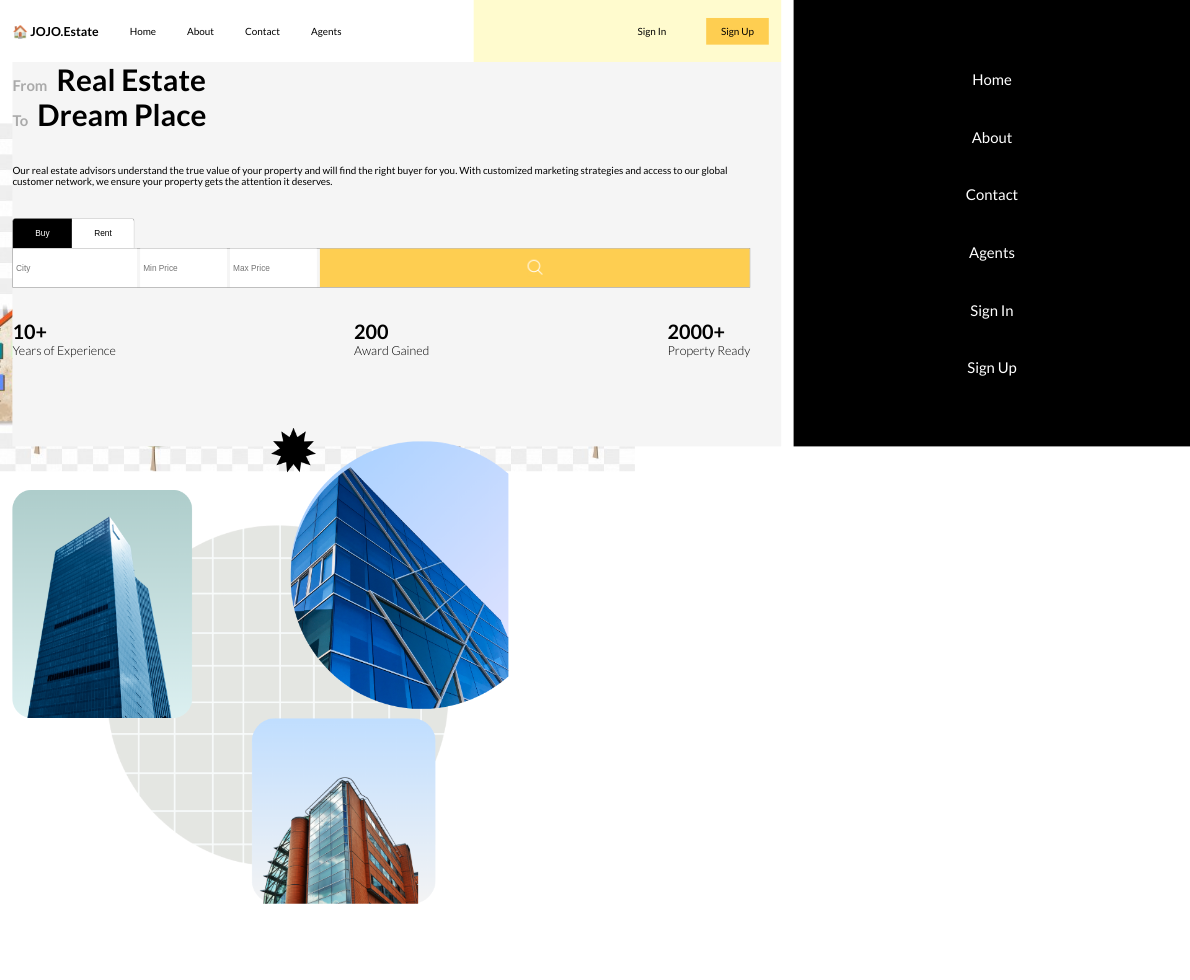
Repository: AiTrinh303/JOJO-estate
Page: /
These files come from the project's save history. The page is drawn as it stood at one moment and after the next save; the edit follows.
The browser window is 1280 px wide. The page is 1920 px wide, so the pictures cover 1920 px, including what lies to the right of the window. The pictures show the whole page, at 62% of full size.
The page's requests for data from a server got no answer. The project was rebuilt for these pictures with package versions that can differ from the ones it lists, and the page was loaded fresh each time. No one was signed in, and anything a server would have sent is missing. Also part of the build but not shown: vite.config.js, src/routes/listPage/listPage.scss, src/components/filter/filter.scss, src/components/filter/Filter.jsx, src/components/card/card.scss, src/components/card/Card.jsx, src/components/map/map.scss, src/components/pin/pin.scss and 21 more. Imported but missing from the stored project, and not drawn on this page: src/components/uploadWidget/UploadWidget.

Above is the page before, as saved 2024-08-06 21:35:43.

### index.html
<!DOCTYPE html>
<html lang="en">
  <head>
    <meta charset="UTF-8" />
    <link rel="icon" type="image/svg+xml" href="/logo.png" />
    <meta name="viewport" content="width=device-width, initial-scale=1.0" />
    <title>🏠JOJO Estate App</title>
    <meta name="description" content="Buy, Sell and Rent Properties" />
    <link
      href="https://fonts.googleapis.com/css2?family=Lato:ital,wght@0,100;0,300;0,400;0,700;0,900;1,100;1,300;1,400;1,700;1,900&display=swap"
      rel="stylesheet"
    />
  </head>
  <body>
    <div id="root"></div>
    <script type="module" src="/src/main.jsx"></script>
  </body>
</html>

### src/App.jsx
import HomePage from "./routes/homePage/homePage";
import { createBrowserRouter, RouterProvider } from "react-router-dom";
import ListPage from "./routes/listPage/listPage";
import { Layout, RequireAuth } from "./routes/layout/layout";
import SinglePage from "./routes/singlePage/singlePage";
import ProfilePage from "./routes/profilePage/profilePage";
import Login from "./routes/login/login";
import Register from "./routes/register/register";
import ProfileUpdatePage from "./routes/profileUpdatePage/profileUpdatePage";
import NewPostPage from "./routes/newPostPage/newPostPage";
import { listPageLoader, profilePageLoader, singlePageLoader } from "./lib/loaders";

function App() {
  const router = createBrowserRouter([
    {
      path: "/",
      element: <Layout />,
      children: [
        {
          path: "/",
          element: <HomePage />,
        },
        {
          path: "/list",
          element: <ListPage />,
          loader: listPageLoader,
        },
        {
          path: "/:id",
          element: <SinglePage />,
          loader: singlePageLoader,
        },
        {
          path: "/login",
          element: <Login />,
        },
        {
          path: "/register",
          element: <Register />,
        },
      ],
    },
    {
      path: "/",
      element: <RequireAuth />,
      children: [
        {
          path: "/profile",
          element: <ProfilePage />,
          loader: profilePageLoader
        },
        {
          path: "/profile/update",
          element: <ProfileUpdatePage />,
        },
        {
          path: "/add",
          element: <NewPostPage />,
        },
      ],
    },
  ]);

  return <RouterProvider router={router} />;
}

export default App;

### src/routes/homePage/homePage.jsx
import { useContext } from "react";
import SearchBar from "../../components/searchBar/SearchBar";
import "./homePage.scss";
import { AuthContext } from "../../context/AuthContext";

function HomePage() {

  const {currentUser} = useContext(AuthContext)

  return (
    <div className="homePage">
      <div className="textContainer">
        <div className="wrapper">
          <h1 className="title">
            <span className="small-text">From </span>
            <span className="animated-text">Real Estate</span>
            <br />
            <span className="small-text">To </span>
            <span className="animated-text">Dream Place</span>
          </h1>
          <p>
          Our real estate advisors understand the true value of your property and will find the right buyer for you. With customized marketing strategies and access to our global customer network, we ensure your property gets the attention it deserves.
          </p>
          <SearchBar />
          <div className="boxes">
            <div className="box">
              <h1>10+</h1>
              <h2>Years of Experience</h2>
            </div>
            <div className="box">
              <h1>200</h1>
              <h2>Award Gained</h2>
            </div>
            <div className="box">
              <h1>2000+</h1>
              <h2>Property Ready</h2>
            </div>
          </div>
        </div>
      </div>
      <div className="imgContainer">
        <img src="/bg.png" alt="" />
      </div>
      <div className="imgBottom">
        <img src="/bg1.jpg" alt="" />
      </div>
    </div>
  );
}

export default HomePage;

### src/routes/layout/layout.jsx
import "./layout.scss";
import Navbar from "../../components/navbar/Navbar";
import { Navigate, Outlet } from "react-router-dom";
import { useContext } from "react";
import { AuthContext } from "../../context/AuthContext";

function Layout() {
  return (
    <div className="layout">
      <div className="navbar">
        <Navbar />
      </div>
      <div className="content">
        <Outlet />
      </div>
    </div>
  );
}

function RequireAuth() {
  const { currentUser } = useContext(AuthContext);

  if (!currentUser) return <Navigate to="/login" />;
  else {
    return (
      <div className="layout">
        <div className="navbar">
          <Navbar />
        </div>
        <div className="content">
          <Outlet />
        </div>
      </div>
    );
  }
}

export { Layout, RequireAuth };

### src/components/searchBar/SearchBar.jsx
import { useState } from "react";
import "./searchBar.scss";
import { Link } from "react-router-dom";

const types = ["buy", "rent"];

function SearchBar() {
  const [query, setQuery] = useState({
    type: "buy",
    city: "",
    minPrice: 0,
    maxPrice: 0,
  });

  const switchType = (val) => {
    setQuery((prev) => ({ ...prev, type: val }));
  };

  const handleChange = (e) => {
    setQuery((prev) => ({ ...prev, [e.target.name]: e.target.value }));
  };

  return (
    <div className="searchBar">
      <div className="type">
        {types.map((type) => (
          <button
            key={type}
            onClick={() => switchType(type)}
            className={query.type === type ? "active" : ""}
          >
            {type}
          </button>
        ))}
      </div>
      <form>
        <input
          type="text"
          name="city"
          placeholder="City"
          onChange={handleChange}
        />
        <input
          type="number"
          name="minPrice"
          min={0}
          max={10000000}
          placeholder="Min Price"
          onChange={handleChange}
        />
        <input
          type="number"
          name="maxPrice"
          min={0}
          max={10000000}
          placeholder="Max Price"
          onChange={handleChange}
        />
        <Link
          to={`/list?type=${query.type}&city=${query.city}&minPrice=${query.minPrice}&maxPrice=${query.maxPrice}`}
        >
          <button>
            <img src="/search.png" alt="" />
          </button>
        </Link>
      </form>
    </div>
  );
}

export default SearchBar;

### src/routes/homePage/homePage.scss
@import "../../responsive.scss";

.homePage {
  // display: flex;
  height: 100%;
  background-color: #f5f5f5;

  .textContainer {
    // flex: 3;

    .wrapper {
      padding-right: 100px;
      display: flex;
      flex-direction: column;
      justify-content: center;
      gap: 50px;
      height: 100%;

      @include lg{
        padding-right: 50px;
      }

      @include md{
        padding: 0;
      }

      @include sm{
        justify-content: flex-start;
      }

      .title {
        font-size: 64px;
        .small-text {
          font-size: 0.5em;
          color: #aaa;
          margin-right: 10px;
        }
        .animated-text {
          display: inline-block;
          position: relative;
          animation: slide-in 2s ease-in-out;
        }
        @include lg {
          font-size: 48px;
        }
      }

      .boxes {
        display: flex;
        justify-content: space-between;

        @include sm {
          display: none;
        }

        h1 {
          font-size: 36px;


          @include lg {
            font-size: 32px;
          }
        }

        h2 {
          font-size: 20px;
          font-weight: 300;
        }
      }
    }
  }

  // .imgContainer {
  //   flex: 2;
  //   background-color: #fffbce;
  //   position: relative;
  //   display: flex;
  //   align-items: center;


  //   @include md {
  //     display: none;
  //   }

  //   img {
  //     width: 115%;
  //     position: absolute;
  //     right: -45px;


  //     @include lg {
  //       width: 105%;
  //     }
  //   }
  // }

  .imgBottom {
    position: absolute;
    bottom: -40px;
    left: 0;
    width: 80%;
    z-index: -1;
    display: flex;
    justify-content: center;
    align-items: center;

    img {
      width: 100%;
      height: auto;
    }
  }
}
@keyframes slide-in {
  0% {
    opacity: 0;
    transform: translateX(-100%);
  }
  100% {
    opacity: 1;
    transform: translateX(0);
  }
}

### src/components/navbar/Navbar.jsx
import { useContext, useState } from "react";
import "./navbar.scss";
import { Link } from "react-router-dom";
import { AuthContext } from "../../context/AuthContext";
import { useNotificationStore } from "../../lib/notificationStore";

function Navbar() {
  const [open, setOpen] = useState(false);

  const { currentUser } = useContext(AuthContext);

  const fetch = useNotificationStore((state) => state.fetch);
  const number = useNotificationStore((state) => state.number);

  if(currentUser) fetch();

  return (
    <nav>
      <div className="left">
        <a href="/" className="logo">
          <span>🏠 JOJO.Estate</span>
        </a>
        <a href="/">Home</a>
        <a href="/">About</a>
        <a href="/">Contact</a>
        <a href="/">Agents</a>
      </div>

      <div className="right">
        <a href="/">Sign In</a>
        <a href="/" className="register">Sign Up</a>
        <div className="menuIcon">
          <img
            src="/menu.png"
            alt="menu"
            onClick={() => setOpen((prev) => !prev)}/>
        </div>
        <div className={open ? "menu active" : "menu"}>
          <a href="/">Home</a>
          <a href="/">About</a>
          <a href="/">Contact</a>
          <a href="/">Agents</a>
          <a href="/">Sign In</a>
          <a href="/">Sign Up</a>
        </div>
        {/* {currentUser ? (
          <div className="user">
            <img src={currentUser.avatar || "/noavatar.jpg"} alt="" />
            <span>{currentUser.username}</span>
            <Link to="/profile" className="profile">
              {number > 0 && <div className="notification">{number}</div>}
              <span>Profile</span>
            </Link>
          </div>
        ) : (
          <>
            <a href="/login">Sign in</a>
            <a href="/register" className="register">
              Sign up
            </a>
          </>
        )}
        <div className="menuIcon">
          <img
            src="/menu.png"
            alt=""
            onClick={() => setOpen((prev) => !prev)}
          />
        </div>
        <div className={open ? "menu active" : "menu"}>
          <a href="/">Home</a>
          <a href="/">About</a>
          <a href="/">Contact</a>
          <a href="/">Agents</a>
          <a href="/">Sign in</a>
          <a href="/">Sign up</a>
        </div> */}
      </div>
    </nav>
  );
}

export default Navbar;

### src/components/searchBar/searchBar.scss
@import "../../responsive.scss";

.searchBar {
  .type {


    button {
      padding: 16px 36px;
      border: 1px solid #999;
      border-bottom: none;
      cursor: pointer;
      background-color: white;
      text-transform: capitalize;

      &.active {
        background-color: black;
        color: white;
      };

      &:first-child {
        border-top-left-radius: 5px;
        border-right: none;
      };
      &:last-child {
        border-top-right-radius: 5px;
        border-left: none;
      };
    }
  }

  form {
    border: 1px solid #999;
    display: flex;
    justify-content: space-between;
    height: 64px;
    gap: 5px;

    @include sm {
      flex-direction: column;
      border: none;
    };

    input {
      border: none;
      padding: 0px 10px;
      width: 200px;

      @include lg {
        padding: 0px 5px;

        &:nth-child(2),
        &:nth-child(3) {
          width: 140px;
        }
      };
      @include md {
        width: 200px;
        &:nth-child(2),
        &:nth-child(3) {
          width: 200px;
        }
      };

      @include sm{
        width: auto;
        &:nth-child(2),
        &:nth-child(3) {
          width: auto;
        }
        padding: 20px;
        border: 1px solid #999;
      }
    };

    a{
      flex: 1;
      background-color: #fece51;
      display: flex;
      align-items: center;
      justify-content: center;

      button {
        border: none;
        cursor: pointer;
        background-color: #fece51;

        @include sm{
          padding: 10px;
        }

        img {
          width: 24px;
          height: 24px;
        }
      }
    }
  }
}

### src/responsive.scss
@mixin sm {
  @media (max-width: 738px) {
    @content;
  }
};

@mixin md {
  @media (max-width: 1024px) {
    @content;
  }
};

@mixin lg {
  @media (max-width: 1366px) {
    @content;
  }
};

### src/components/navbar/navbar.scss
@import "../../responsive.scss";

nav {
  height: 100px;
  display: flex;
  justify-content: space-between;
  align-items: center;

  a {
    transition: all 0.4s ease;

    @include sm {
      display: none;
    }

    &:hover {
      scale: 1.08;
    }
  }

  .left {
    flex: 3;
    display: flex;
    align-items: center;
    gap: 50px;

    .logo {
      font-weight: bold;
      font-size: 20px;
      display: flex;
      align-items: center;
      gap: 3px;

      span {
        @include md {
          display: none;
        }

        @include sm {
          display: initial;
        }
      }
    }
  }
  .right {
    flex: 2;
    display: flex;
    align-items: center;
    justify-content: flex-end;
    background-color: #fffbce;
    ;
    height: 100%;

    @include md {
      background-color: transparent;
    }

    a {
      padding: 12px 24px;
      margin: 20px;
    }

    .user{
      display: flex;
      align-items: center;
      font-weight: bold;

      img{
        width: 40px;
        height: 40px;
        border-radius: 50%;
        object-fit: cover;
        margin-right: 20px;
      }

      span{
        @include sm{
          display: none;
        }
      }

      .profile{
        padding: 12px 24px;
        background-color: #fece51;
        cursor: pointer;
        border: none;
        position: relative;

        .notification{
          position: absolute;
          top: -8px;
          right: -8px;
          background-color: red;
          color: white;
          border-radius: 50%;
          width: 26px;
          height: 26px;
          display: flex;
          align-items: center;
          justify-content: center;
        }

      }
    }

    .register {
      background-color: #fece51;
    }

    .menuIcon {
      display: none;
      z-index: 999;

      img {
        width: 36px;
        height: 36px;
        cursor: pointer;
      }

      @include sm {
        display: inline;
      }
    }

    .menu {
      position: absolute;
      top: 0;
      right: -50%;
      background-color: black;
      color: white;
      height: 100vh;
      width: 50%;
      transition: all 1s ease;
      display: flex;
      flex-direction: column;
      align-items: center;
      justify-content: center;
      font-size: 24px;

      &.active {
        right: 0;
      }

      @include sm {
        a {
          display: initial;
        }
      }
    }
  }
}

Loaded but not shown: src/main.jsx (common file); src/index.scss (common file); src/context/AuthContext.jsx (common file); src/context/SocketContext.jsx (common file); src/lib/loaders.js (common file); src/routes/layout/layout.scss (common file); src/lib/apiRequest.js (common file); src/lib/notificationStore.js (common file)

After the next save:
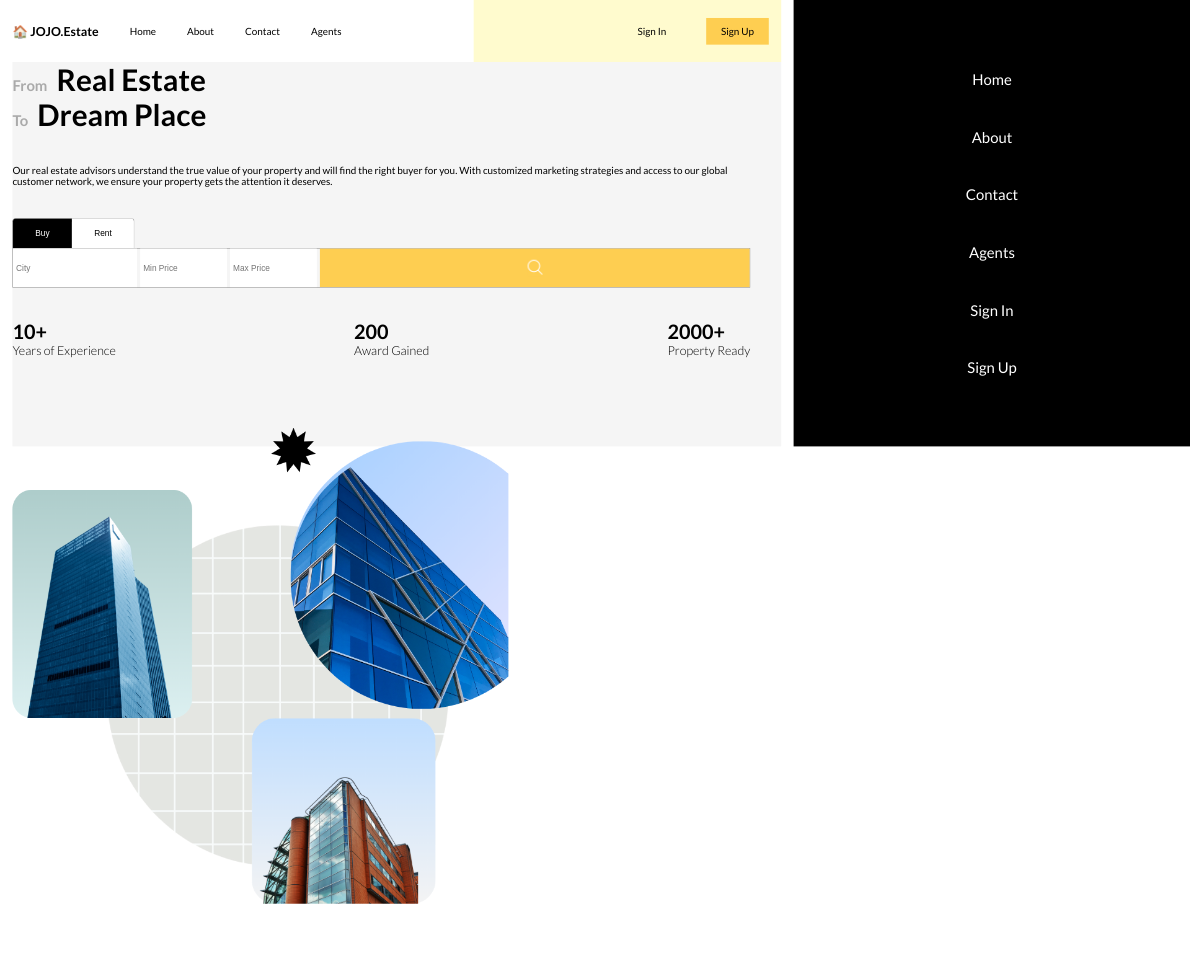
Saved 5 s later.
--- a/src/routes/homePage/homePage.jsx
+++ b/src/routes/homePage/homePage.jsx
@@ -41,9 +41,9 @@ function HomePage() {
       <div className="imgContainer">
         <img src="/bg.png" alt="" />
       </div>
-      <div className="imgBottom">
+      {/* <div className="imgBottom">
         <img src="/bg1.jpg" alt="" />
-      </div>
+      </div> */}
     </div>
   );
 }
